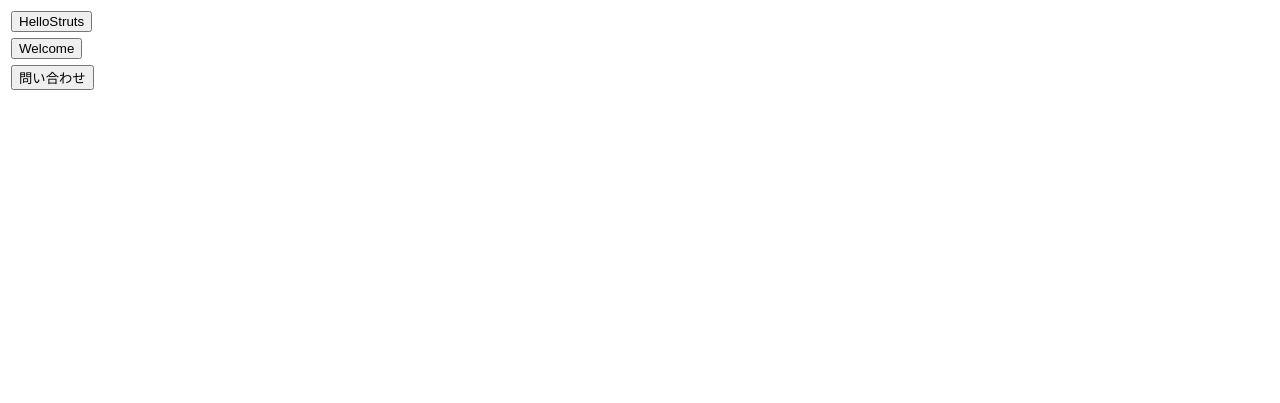
Repository: ryousukefujita-0423/test
Page: http://localhost/Webproj3/
These files come from the project's save history. The page is drawn as it stood at one moment and after the next save; the edit follows.
The browser window is 1280 px wide. The pictures show the whole page.
The page is served by Tomcat 9.

Above is the page before, as saved 2019-02-27 01:54:22.

After the next save:
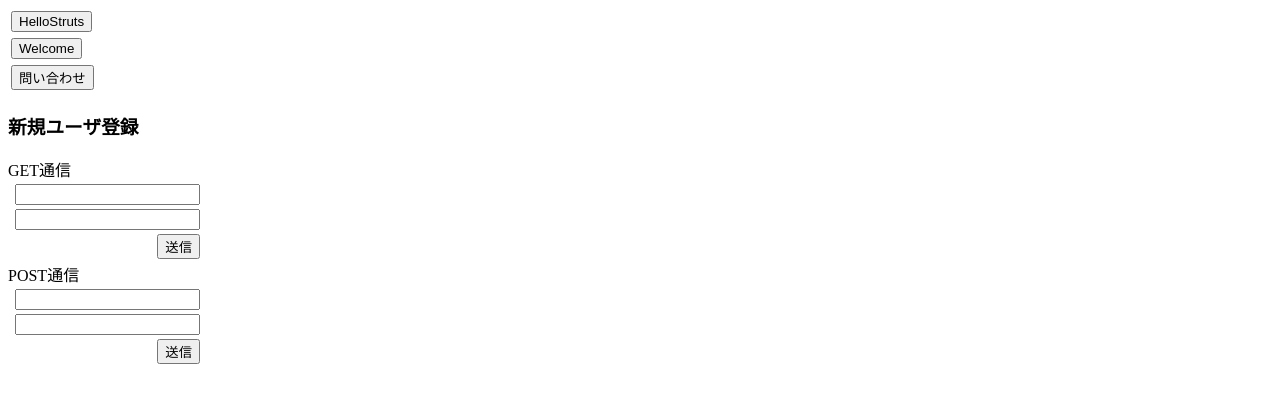
Saved 19 min 49 s later.
--- a/Webproj3/WebContent/index.jsp
+++ b/Webproj3/WebContent/index.jsp
@@ -17,5 +17,18 @@
 	<s:form action="InquiryAction">
 		<s:submit value="問い合わせ" />
 	</s:form>
+	<h3>新規ユーザ登録</h3>
+	GET通信
+	<s:form method="get" action="TestAction">
+	<s:textfield name="username" />
+	<s:password name="password" />
+	<s:submit value="送信"></s:submit>
+	</s:form>
+	POST通信
+	<s:form method="post" action="Testaction">
+	<s:textfield name="username" />
+	<s:password name="password" />
+	<s:submit value="送信"></s:submit>
+	</s:form>
 </body>
 </html>
